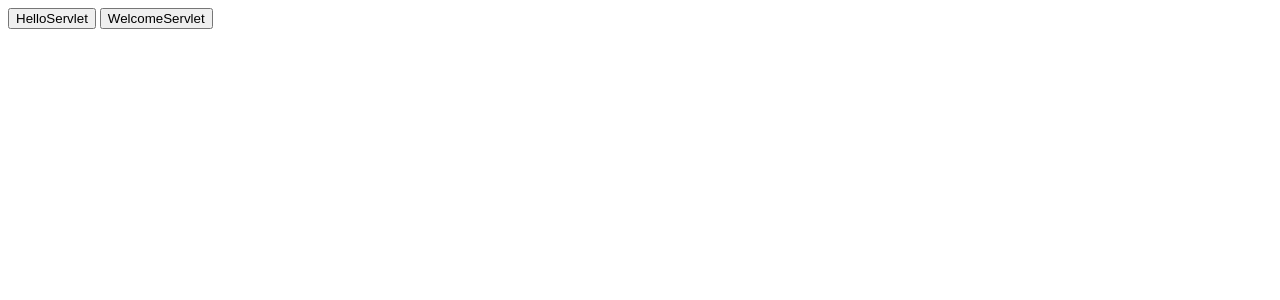
Repository: 938758923/test
Page: http://localhost/HelloServlet/
These files come from the project's save history. The page is drawn as it stood at one moment and after the next save; the edit follows.
The browser window is 1280 px wide. The pictures show the whole page.
The page is served by Tomcat 9.

Above is the page before, as saved 2019-06-10 11:50:01.

After the next save:
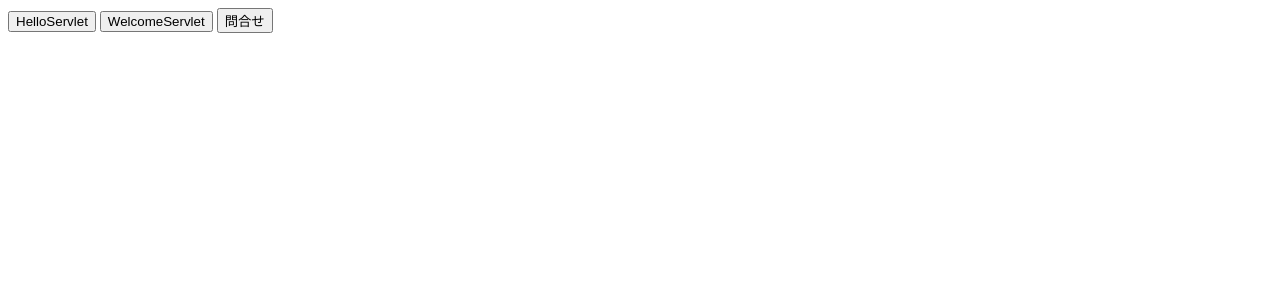
Saved 3 min 43 s later.
--- a/HelloServlet/WebContent/index.jsp
+++ b/HelloServlet/WebContent/index.jsp
@@ -9,5 +9,7 @@
 <body>
 <input type="button" value="HelloServlet" onClick="location.href='HelloServlet'">
 <input type="button" value="WelcomeServlet" onClick="location.href='welcome.jsp'">
+<input type="button" value="問合せ" onClick="location.href='inpuiry.jsp'">
+
 </body>
 </html>
